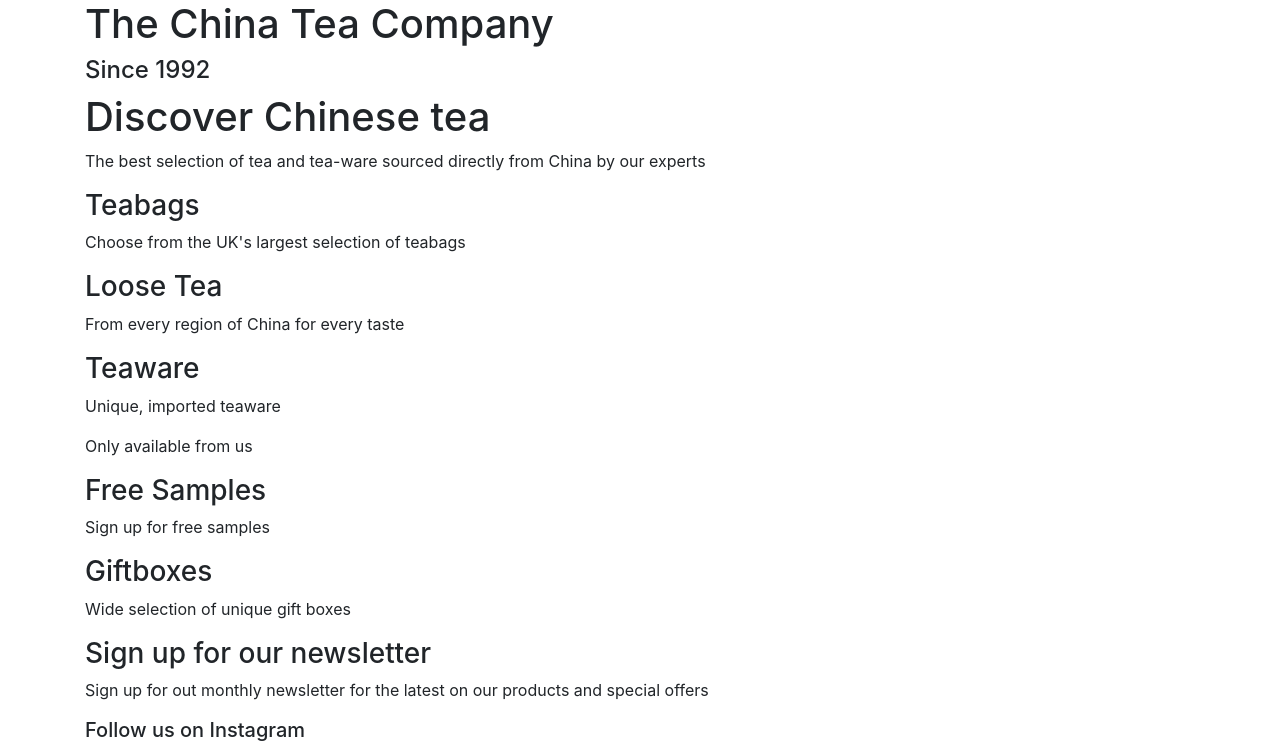
Repository: Code-Institute-Submissions/china-tea
Page: index.html
The author's editor kept a record of every edit. The page is drawn from the files as they stood at one moment, then again after the next edit.
The browser window is 1280 px wide. The pictures show the whole page.

Above is the page before.

### index.html
<!DOCTYPE html>
<html lang="en">

<head>
    <meta charset="UTF-8">
    <meta name="viewport" content="width=device-width, initial-scale=1.0">
    <meta http-equiv="X-UA-Compatible" content="ie=edge">
    <link rel="stylesheet" href="https://stackpath.bootstrapcdn.com/bootstrap/4.3.1/css/bootstrap.min.css" integrity="sha384-ggOyR0iXCbMQv3Xipma34MD+dH/1fQ784/j6cY/iJTQUOhcWr7x9JvoRxT2MZw1T" crossorigin="anonymous">
    <link rel="stylesheet" href="style.css" type="text/css" />
    <title>China Tea Company | Buy specially imported tea, tea-ware and gift boxes</title>
</head>

<body>

    <article class="container">

        <!----Callout-----!>

        <section class="callout">
        <h1>The China Tea Company</h1>
        <h4>Since 1992</h4>

        <h1>Discover Chinese tea</h1>

         <p>The best selection of tea and tea-ware sourced directly from China by our experts</p>



        </section>

        <!----/.Callout-----!>

        <!-----Purchase------!>

         <section class="purchase">

         <h3>Teabags</h3>
         <p>Choose from the UK's largest selection of teabags</p>

         <h3>Loose Tea</h3>
         <p>From every region of China for every taste</p>

         <h3>Teaware</h3>
         <p>Unique, imported teaware</p>
         <p>Only available from us</p>

         <h3>Free Samples</h3>
         <p>Sign up for free samples</p>

         <h3>Giftboxes</h3>
         <p>Wide selection of unique gift boxes</p>



         </section>

        <!-----/.purchase-------!>

        <!------newsletter jumbotron-----!>

        <section class="newsletter">

        <h3>Sign up for our newsletter</h3>
        <p>Sign up for out monthly newsletter for the latest on our products and special offers</p>



        </section>

          <!-------/.newsletter jumbotron-----!>

          <!------Instagram------!>

          <section class="instagram">
          <h5>Follow us on Instagram</h5>

          </section>



    </article>


</body>

</html>

### style.css
.navDefault {
    position: fixed;
    top: 0;
    left: 0;
    right: 0;
    background-color: gray;
}

button {
    border: none;
    background-color: yellow;
    width: 150px;
    height: 50px;
    color: white;
    text-transform: uppercase;
    cursor: pointer;

}

After the next edit:
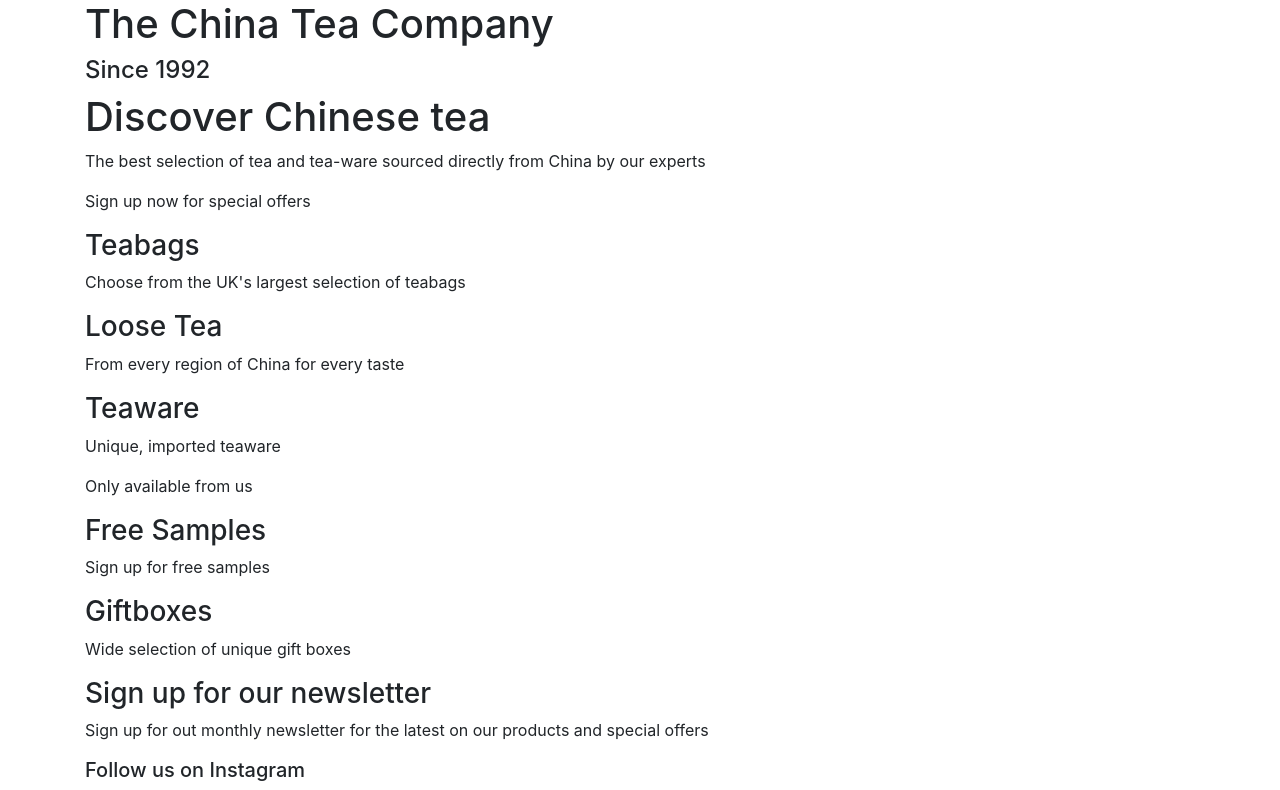
The edit:
--- a/index.html
+++ b/index.html
@@ -23,7 +23,7 @@
         <h1>Discover Chinese tea</h1>
 
          <p>The best selection of tea and tea-ware sourced directly from China by our experts</p>
-
+        <p>Sign up now for special offers</p>
 
 
         </section>
